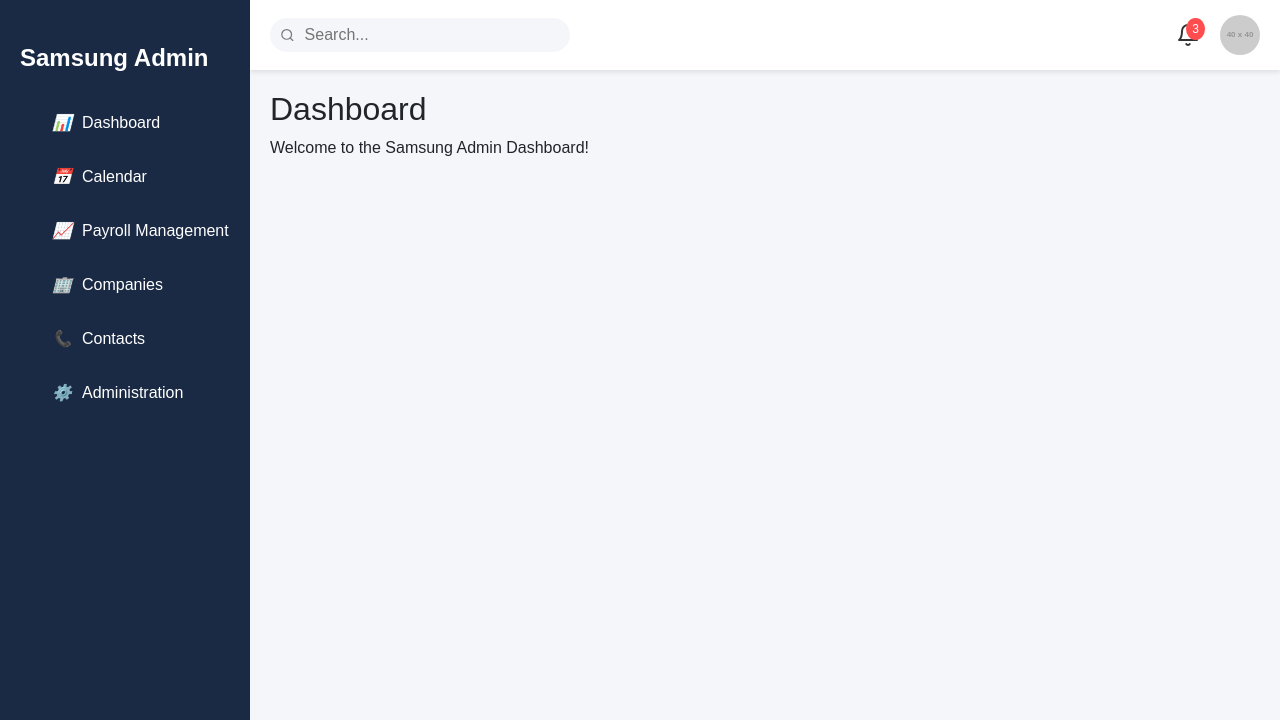
Repository: lenb2109136/HTTTQL
Page: /
These files come from the project's save history. The page is drawn as it stood at one moment and after the next save; the edit follows.
The browser window is 1280 px wide. The pictures show the whole page.
The project was rebuilt for these pictures with package versions that can differ from the ones it lists, and the page was loaded fresh each time.

Above is the page before, as saved 2025-03-28 11:58:17.

### src/index.js
import React from 'react';
import ReactDOM from 'react-dom/client';
import './index.css';
import App from './App';
import reportWebVitals from './reportWebVitals';
import 'bootstrap/dist/css/bootstrap.min.css'; // Import Bootstrap CSS
const root = ReactDOM.createRoot(document.getElementById('root'));
root.render(
  <React.StrictMode>
    <App />
  </React.StrictMode>
);

// If you want to start measuring performance in your app, pass a function
// to log results (for example: reportWebVitals(console.log))
// or send to an analytics endpoint. Learn more: https://bit.ly/CRA-vitals
reportWebVitals();

### src/App.js
// src/App.js
import React from 'react';
import { BrowserRouter as Router, Route, Routes } from 'react-router-dom';
import './App.css';
import Header from './component/admin/Header';
import Sidebar from './component/admin/SlideBar';
import Dashboard from './component/admin/Dashboard';

function App() {
  return (
    <Router>
      <div className="app">
        <Sidebar />
        <div className="main-content">
          <Header />
          <Routes>
            <Route path="/" element={<Dashboard />} />
          </Routes>
        </div>
      </div>
    </Router>
  );
}

export default App;

### src/App.css
/* src/App.css */
* {
  margin: 0;
  padding: 0;
  box-sizing: border-box;
  font-family: Arial, sans-serif;
}

.app {
  display: flex;
}

.main-content {
  flex: 1;
  margin-left: 250px;
  background-color: #f5f6fa;
  min-height: 100vh;
}

/* Sidebar */
.sidebar {
  width: 250px;
  height: 100vh;
  background-color: #1a2a44;
  color: white;
  position: fixed;
  top: 0;
  left: 0;
  padding-top: 20px;
}

.sidebar .logo {
  font-size: 24px;
  font-weight: bold;
  padding: 20px;
  color: #fff;
}

.sidebar ul {
  list-style: none;
}

.sidebar ul li {
  padding: 15px 20px;
  display: flex;
  align-items: center;
  cursor: pointer;
}

.sidebar ul li:hover {
  background-color: #2a3b5a;
}

.sidebar ul li a {
  color: white;
  text-decoration: none;
  display: flex;
  align-items: center;
}

.sidebar ul li a i {
  margin-right: 10px;
}

/* Header */
.header {
  background-color: #fff;
  padding: 15px 20px;
  box-shadow: 0 2px 5px rgba(0, 0, 0, 0.1);
  display: flex;
  justify-content: space-between;
  align-items: center;
}

.header .title {
  font-size: 20px;
  font-weight: bold;
}

.header .stats {
  display: flex;
  gap: 20px;
}

.header .stats div {
  text-align: center;
}

.header .stats div h3 {
  font-size: 18px;
  color: #333;
}

.header .stats div p {
  font-size: 14px;
  color: #777;
}

/* Page Content */
.page-content {
  padding: 20px;
}

### src/component/admin/header.js
// src/components/Header.js
import React, { useState } from 'react';
import { FiSearch, FiBell, FiLogOut } from 'react-icons/fi'; // Import icons
import './Header.css'; // Tạo file CSS riêng cho Header

const Header = () => {
  const [isDropdownOpen, setIsDropdownOpen] = useState(false);

  const toggleDropdown = () => {
    setIsDropdownOpen(!isDropdownOpen);
  };

  return (
    <div className="header">
      {/* Thanh tìm kiếm */}
      <div className="search-bar">
        <FiSearch className="search-icon" />
        <input type="text" placeholder="Search..." />
      </div>

      {/* Phần bên phải: Thông báo và Avatar */}
      <div className="header-right">
        {/* Biểu tượng thông báo */}
        <div className="notification">
          <FiBell className="notification-icon" />
          <span className="notification-badge">3</span> {/* Số thông báo */}
        </div>

        {/* Avatar và Dropdown */}
        <div className="user-profile">
          <div className="avatar" onClick={toggleDropdown}>
            <img
              src="https://via.placeholder.com/40" // Thay bằng URL ảnh avatar của bạn
              alt="User Avatar"
            />
          </div>
          {isDropdownOpen && (
            <div className="dropdown-menu">
              <div className="dropdown-item">John Doe</div>{' '}
              {/* Tên người dùng */}
              <div className="dropdown-item">john.doe@samsung.com</div>{' '}
              {/* Email */}
              <div className="dropdown-item logout">
                <FiLogOut className="logout-icon" />
                Logout
              </div>
            </div>
          )}
        </div>
      </div>
    </div>
  );
};

export default Header;

### src/component/admin/SlideBar.js
// src/components/Sidebar.js
import React from 'react';
import { Link } from 'react-router-dom';

const Sidebar = () => {
  return (
    <div className="sidebar">
      <div className="logo">Samsung Admin</div>
      <ul>
        <li>
          <Link to="/">
            <i>📊</i> Dashboard
          </Link>
        </li>
        <li>
          <Link to="/calendar">
            <i>📅</i> Calendar
          </Link>
        </li>
        <li>
          <Link to="/payroll-management">
            <i>📈</i> Payroll Management
          </Link>
        </li>
        <li>
          <Link to="/companies">
            <i>🏢</i> Companies
          </Link>
        </li>
        <li>
          <Link to="/contacts">
            <i>📞</i> Contacts
          </Link>
        </li>
        <li>
          <Link to="/administration">
            <i>⚙️</i> Administration
          </Link>
        </li>
      </ul>
    </div>
  );
};

export default Sidebar;

### src/component/admin/Dashboard.js
// src/pages/Dashboard.js
import React from 'react';

const Dashboard = () => {
  return (
    <div className="page-content">
      <h2>Dashboard</h2>
      <p>Welcome to the Samsung Admin Dashboard!</p>
    </div>
  );
};

export default Dashboard;

### src/component/admin/Header.css
/* src/components/Header.css */
.header {
  background-color: #fff;
  padding: 15px 20px;
  box-shadow: 0 2px 5px rgba(0, 0, 0, 0.1);
  display: flex;
  justify-content: space-between;
  align-items: center;
}

/* Thanh tìm kiếm */
.search-bar {
  display: flex;
  align-items: center;
  background-color: #f5f6fa;
  border-radius: 20px;
  padding: 5px 10px;
  width: 300px;
}

.search-bar input {
  border: none;
  background: none;
  outline: none;
  margin-left: 10px;
  width: 100%;
}

.search-icon {
  color: #777;
}

/* Phần bên phải */
.header-right {
  display: flex;
  align-items: center;
  gap: 20px;
}

/* Biểu tượng thông báo */
.notification {
  position: relative;
  cursor: pointer;
}

.notification-icon {
  font-size: 24px;
  color: #333;
}

.notification-badge {
  position: absolute;
  top: -5px;
  right: -5px;
  background-color: #ff4d4f;
  color: white;
  border-radius: 50%;
  padding: 2px 6px;
  font-size: 12px;
}

/* Avatar và Dropdown */
.user-profile {
  position: relative;
}

.avatar {
  width: 40px;
  height: 40px;
  border-radius: 50%;
  overflow: hidden;
  cursor: pointer;
}

.avatar img {
  width: 100%;
  height: 100%;
  object-fit: cover;
}

.dropdown-menu {
  position: absolute;
  top: 50px;
  right: 0;
  background-color: #fff;
  box-shadow: 0 2px 10px rgba(0, 0, 0, 0.1);
  border-radius: 5px;
  width: 200px;
  z-index: 1000;
}

.dropdown-item {
  padding: 10px 15px;
  border-bottom: 1px solid #f0f0f0;
  font-size: 14px;
  color: #333;
}

.dropdown-item:last-child {
  border-bottom: none;
}

.logout {
  display: flex;
  align-items: center;
  gap: 10px;
  color: #ff4d4f;
  cursor: pointer;
}

.logout-icon {
  font-size: 16px;
}

Loaded but not shown: public/index.html (common file); src/index.css (common file); src/reportWebVitals.js (common file)

After the next save:
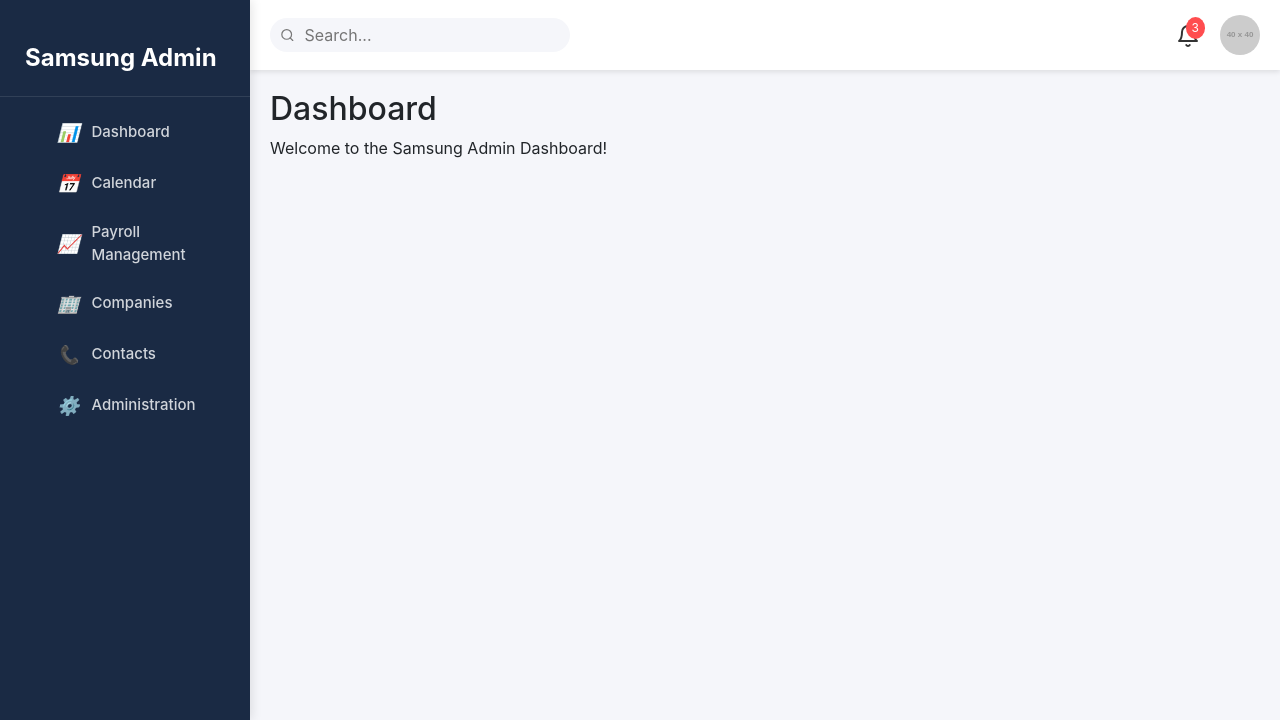
Saved 55 s later.
--- a/src/App.css
+++ b/src/App.css
@@ -3,7 +3,7 @@
   margin: 0;
   padding: 0;
   box-sizing: border-box;
-  font-family: Arial, sans-serif;
+  font-family: 'Inter', Arial, sans-serif; /* Sử dụng font hiện đại hơn */
 }
 
 .app {
@@ -21,45 +21,80 @@
 .sidebar {
   width: 250px;
   height: 100vh;
-  background-color: #1a2a44;
+  background-color: #1a2a44; /* Màu nền tối, chuyên nghiệp */
   color: white;
   position: fixed;
   top: 0;
   left: 0;
   padding-top: 20px;
+  transition: all 0.3s ease; /* Hiệu ứng mượt mà khi thay đổi */
+  box-shadow: 2px 0 10px rgba(0, 0, 0, 0.1); /* Thêm bóng nhẹ */
 }
 
 .sidebar .logo {
   font-size: 24px;
-  font-weight: bold;
-  padding: 20px;
+  font-weight: 700;
+  padding: 20px 25px;
   color: #fff;
+  display: flex;
+  align-items: center;
+  gap: 10px;
+  border-bottom: 1px solid rgba(255, 255, 255, 0.1); /* Đường viền nhẹ */
+}
+
+.sidebar .logo i {
+  font-size: 28px;
 }
 
 .sidebar ul {
   list-style: none;
+  margin-top: 10px;
 }
 
 .sidebar ul li {
-  padding: 15px 20px;
+  padding: 12px 25px; /* Giảm padding để trông gọn gàng hơn */
   display: flex;
   align-items: center;
   cursor: pointer;
+  transition: background-color 0.3s ease, padding-left 0.3s ease; /* Hiệu ứng mượt mà */
 }
 
 .sidebar ul li:hover {
-  background-color: #2a3b5a;
+  background-color: #2a3b5a; /* Màu hover sáng hơn một chút */
+  padding-left: 30px; /* Hiệu ứng dịch chuyển nhẹ khi hover */
+}
+
+.sidebar ul li.active {
+  background-color: #3b5998; /* Màu nền khi mục được chọn */
+  border-left: 4px solid #4a90e2; /* Đường viền bên trái để làm nổi bật */
+  padding-left: 21px; /* Điều chỉnh padding để cân đối với border */
 }
 
 .sidebar ul li a {
-  color: white;
+  color: #d1d5db; /* Màu chữ nhạt hơn cho trạng thái bình thường */
   text-decoration: none;
   display: flex;
   align-items: center;
+  font-size: 15px;
+  font-weight: 500;
+  transition: color 0.3s ease;
+}
+
+.sidebar ul li a:hover,
+.sidebar ul li.active a {
+  color: #fff; /* Màu chữ trắng khi hover hoặc active */
 }
 
 .sidebar ul li a i {
-  margin-right: 10px;
+  margin-right: 12px;
+  font-size: 18px;
+  color: #9ca3af; /* Màu biểu tượng nhạt hơn */
+  transition: color 0.3s ease;
+}
+
+.sidebar ul li a:hover i,
+.sidebar ul li.active a i {
+  color: #fff; /* Màu biểu tượng trắng khi hover hoặc active */
 }
 
 /* Header */
@@ -72,30 +107,6 @@
   align-items: center;
 }
 
-.header .title {
-  font-size: 20px;
-  font-weight: bold;
-}
-
-.header .stats {
-  display: flex;
-  gap: 20px;
-}
-
-.header .stats div {
-  text-align: center;
-}
-
-.header .stats div h3 {
-  font-size: 18px;
-  color: #333;
-}
-
-.header .stats div p {
-  font-size: 14px;
-  color: #777;
-}
-
 /* Page Content */
 .page-content {
   padding: 20px;
